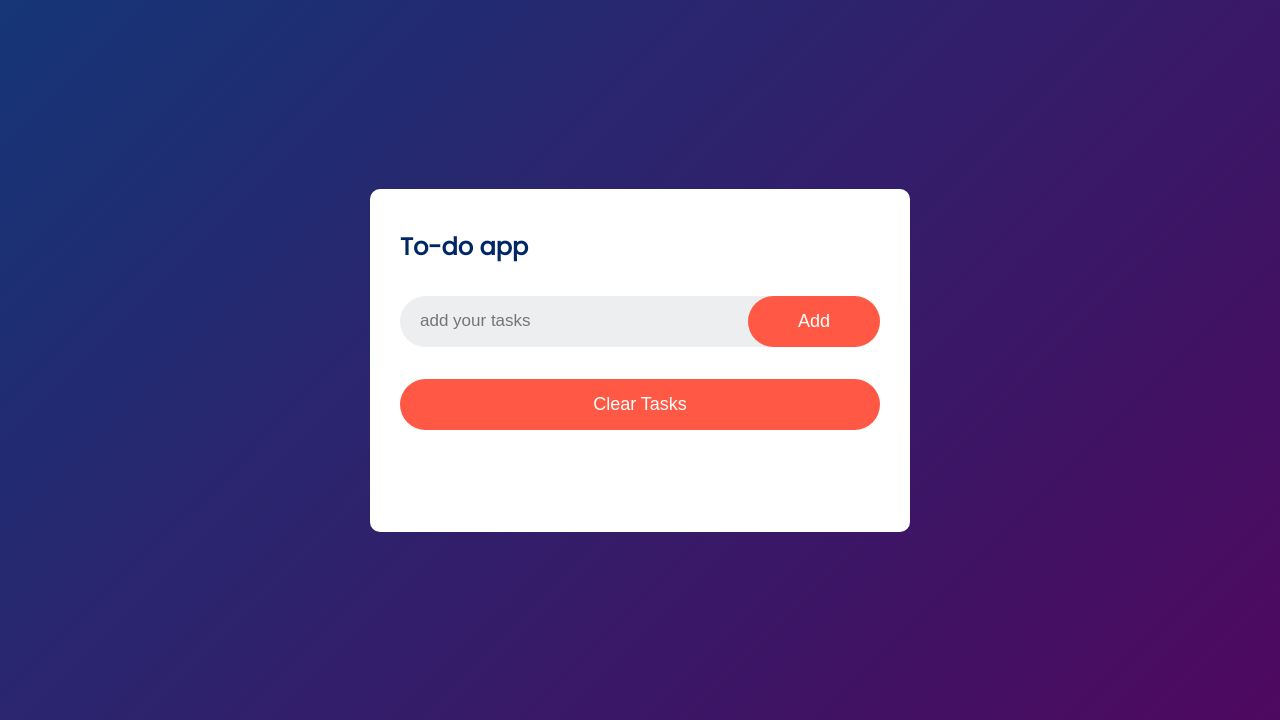
Repository: samoshi/To-do
Page: http://localhost/
The author's editor kept a copy of each file at every save. The page is drawn from the files as they stood at one save, then again after the next save.
The browser window is 1280 px wide. The pictures show the whole page.
The page is served by the project's application, run on Flask 3 (app/app.py). Queries for data that is not in the repository find no rows.

Above is the page before, as saved 2024-01-14 20:06:25.

### app/templates/index.html
<!DOCTYPE html>
<html lang="en">

<head>
    <meta charset="UTF-8">
    <meta name="viewport" content="width=device-width, initial-scale=1.0">
    <title>To-Do list</title>
    <link rel="stylesheet" href="{{ url_for('static', filename='style.css') }}" />
    <script src="https://code.jquery.com/jquery-3.6.4.min.js"></script>
    <script src="{{ url_for('static', filename='script.js') }}"></script>
</head>

<body>
    <div class="container">
        <div class="todo-app">
            <div class="app-title">
                <h2>To-do app</h2>
                <i class="fa-solid fa-book-bookmark"></i>
            </div>
            <form action="/add_task" method="post">
                <div class="row">
                    <input type="text" name="title" id="input-box" placeholder="add your tasks" required>
                    <button class="clear_button">Add</button>
                </div>
            </form>
            <button onclick="clearTasks()">Clear Tasks</button>
            <ul id="list-container">
                {% for task in task_list %}
                    {% if task.complete == False %}
                        <a href="/complete/{{ task.id }}">
                            <li class="incomplete" onclick="toggleChecked(this)">
                                {{ task.title }}
                                <!-- <a class="remove" href="/remove/{{ task.id }}">X</a> -->
                            </li>
                        </a>
                    {% else %}
                        <a href="/complete/{{ task.id }}">
                            <li class="completed" onclick="toggleChecked(this)">
                                {{ task.title }}
                                <form class="remove" href="/remove/{{ task.id }}">
                                    <button type="submit" class="remove-button">Remove</button>
                                </form>
                            </li>
                        </a>
                    {% endif %}
                {% endfor %}
            </ul>

        </div>
    </div>
    <script src="{{ url_for('static', filename='script.js') }}"></script>
</body>

</html>

### app/app.py
from flask import Flask, render_template, request, redirect, url_for, jsonify
from flask_sqlalchemy import SQLAlchemy

app = Flask(__name__)

app.config['SQLALCHEMY_DATABASE_URI'] = 'sqlite:///db.sqlite'
app.config['SQLALCHEMY_TRACK_MODIFICATIONS'] = False
db = SQLAlchemy(app)

class Task(db.Model):
    id = db.Column(db.Integer, primary_key=True)
    title = db.Column(db.String(100))
    complete = db.Column(db.Boolean)

# def save_tasks():
#     with open("tasks.json", "w") as file:
#         json.dump(tasks, file)


# # Load tasks from a file
# def load_tasks():
#     try:
#         with open("tasks.json", "r") as file:
#             lines = file.readlines()
#             tasks = []
#             for line in lines:
#                 parts = line.split(":")
#                 if len(parts) == 2:
#                     description, completed_str = parts
#                     completed = eval(completed_str)
#                     tasks.append({"description": description, "completed": completed})
#             return tasks
#     except FileNotFoundError:
#         return []  # Return an empty list if the file doesn't exist
#     except json.decoder.JSONDecodeError:
#         return []  # Return an empty list if there's an issue decoding JSON

# # Initialize tasks
# tasks = load_tasks()

@app.route('/')
def index():
    task_list = Task.query.all()
    return render_template('index.html', task_list=task_list)

@app.route('/add_task', methods=['POST'])
def add_task():
    title = request.form.get("title")
    new_task = Task(title=title, complete=False)
    db.session.add(new_task)
    db.session.commit()
    return redirect(url_for("index"))

@app.route("/update/<int:task_id>")
def update_task(task_id):
    task = Task.query.filter_by(id=task_id).first()
    task.complete = not task.complete
    db.session.commit()
    return redirect(url_for("index"))

@app.route('/complete/<int:task_id>')
def complete_task(task_id):
    task = Task.query.filter_by(id=task_id).first()
    if task:
        task.complete = not task.complete
        db.session.commit()
    return redirect(url_for('index'))

# @app.route('/incomplete/<int:task_id>')
# def incomplete_task(task_id):
#     task = Task.query.filter_by(id=task_id).first()
#     task.complete = task.complete
#     db.session.commit()
#     return redirect(url_for('index'))

@app.route('/remove/<int:task_id>')
def remove_task(task_id):
    task = Task.query.filter_by(id=task_id).first()
    db.session.delete(task)
    db.session.commit()
    return redirect(url_for('index'))

@app.route('/clear_tasks')
def clear_tasks():
    db.session.query(Task).delete()
    db.session.commit()
    return redirect(url_for('index'))


if __name__ == '__main__':
    db.create_all()
    app.run(host='0.0.0.0', port=5000, debug=True)

### app/static/style.css
@import url('https://fonts.googleapis.com/css2?family=Poppins&display=swap');


*, *:before, *:after{
    margin: 0;
    padding: 0;
    box-sizing: border-box;
}
body{
    font-family: 'Poppins', sans-serif;
}
.container{
    width: 100%;
    min-height: 100vh;
    background: linear-gradient(135deg, #153677, #4e085f);
    padding: 10px;
    display: flex;
    justify-content: center;
    align-items: center;
}
.todo-app{
    width: 100%;
    max-width: 540px;
    background-color: #fff;
    padding: 40px 30px 70px;
    border-radius: 10px;
    display: flex;
    flex-direction: column;
    align-items: left;
    gap: 2rem;
}
.app-title{
    display: flex;
    gap: 1rem;
    align-items: center;
}
.app-title h2, .app-title i{
    color: #002765;
}
.app-title i{
    font-size: 26px;
}
.row{
    display: flex;
    align-items: center;
    justify-content: space-between;
    background-color: #edeef0;
    border-radius: 30px;
}
input{
    width: 100%;
    border: none;
    outline: none;
    background-color: transparent;
    padding: 12px;
    font-size: 17px;
    padding-left: 20px;
}
button{
    border: none;
    cursor: pointer;
    outline: none;
    padding: 15px 50px;
    border-radius: 30px;
    background-color: #ff5945;
    color: #fff;
    font-size: 18px;
    transition: all .25s ease;
}
button:hover{
    filter: brightness(.8);
}

@media screen and (max-width: 400px) {
    button{
        padding: 15px;
        border-radius: 0 30px 30px 0;
    }
}

a {
    text-decoration: none;
    align-items: center;
    color: #333;
    cursor: pointer;
}


ul li {
    font-size: 17px;
    padding: 12px 8px 12px 50px;
    margin-top: 5px;
    user-select: none;
    cursor: pointer;
    position: relative;
    transition: background-color 0.2s ease;
    border-radius: 10px;
    list-style-type: none;
}

ul li.incomplete::before {
    position: absolute;
    content: 'X';
    width: 24px;
    height: 24px;
    font-size: 18px; /* Adjust the font size as needed */
    border-radius: 50%;
    left: 0;
    line-height: 24px; /* Center the checkmark vertically */
    text-align: center; /* Center the checkmark horizontally */
    color: #ff5945;
    transition: background-color 0.2s ease;
}

ul li.incomplete:hover {
    border-radius: 10px;
    outline: 2px solid #272de1;
    transition: background-color 0.2s ease;
}

ul li.completed::before {
    position: absolute;
    content: '\2713'; /* Checkmark Unicode character */
    width: 24px;
    height: 24px;
    font-size: 18px; /* Adjust the font size as needed */
    border-radius: 50%;
    left: 0;
    line-height: 24px; /* Center the checkmark vertically */
    text-align: center; /* Center the checkmark horizontally */
    transition: background-color 0.2s ease;
}

ul li.completed {
    position: relative;
    background-color: rgba(144, 238, 144, 0.2);
    color: #07700e;
}

ul li.completed:hover {
    border-radius: 10px;
    outline: 2px solid #272de1;
    transition: background-color 0.2s ease;
}

ul li.completed:hover:after {
    opacity: 1; /* Show the X on hover */
}




ul li:hover {
    background-color: rgba(144, 238, 144, 0.2); /* Light green with transparency */
}

ul li:hover::before {
    background-color: rgba(255, 255, 255, 0.5); /* White with transparency */
}
.remove {
    position: absolute;
    right: 0;
    top: 50%;
    transform: translateY(-50%);
    width: 30px;
    height: 30px;
    border-radius: 50%;
    display: flex;
    justify-content: center;
    align-items: center;
    color: #555;
    font-size: 18px;
    transition: all .2s ease;
}
.remove:hover{
    background-color: #c9c9c9;
    color: #fff;
}

### app/static/script.js
// // ...

// document.addEventListener("DOMContentLoaded", function () {
//     const inputBox = document.getElementById("input-box");
//     const button = document.querySelector("button");
//     const list = document.getElementById("list-container");

//     list.addEventListener("click", (e) => {
//         if (e.target.tagName === "LI") {
//             e.target.classList.toggle("checked");
//             saveData();
//         } else if (e.target.tagName === "SPAN") {
//             e.target.parentElement.remove();
//             saveData();
//         }
//     });

//     button.addEventListener("click", function () {
//         if (inputBox.value.trim() !== '') {
//             addTask(inputBox.value);
//         } else {
//             alert("Please enter a non-empty task.");
//         }
//     });

//     function addTask(description) {
//         // Make an AJAX request to the Flask server's /add_task route
//         fetch("/add_task", {
//             method: "POST",
//             headers: {
//                 "Content-Type": "application/json",
//             },
//             body: JSON.stringify({ description: description }),
//         })
//             .then(response => response.json())
//             .then(data => console.log(data))
//             .catch(error => console.error("Error:", error));
//     }

//     function showTask() {
//         // Fetch tasks from the Flask server's /tasks route
//         fetch("/tasks")
//             .then(response => response.json())
//             .then(tasks => {
//                 list.innerHTML = ""; // Clear the visible list
//                 tasks.forEach(task => {
//                     let li = document.createElement("li");
//                     li.innerHTML = task.description;
//                     if (task.completed) {
//                         li.classList.add("checked");
//                     }
//                     list.appendChild(li);
//                     let span = document.createElement("span");
//                     span.innerHTML = "x";
//                     li.appendChild(span);
//                 });
//             })
//             .catch(error => console.error("Error:", error));
//     }

//     window.addEventListener("load", showTask);

//     // Clear Tasks function
//     window.clearTasks = function () {
//         localStorage.removeItem("data");
//         list.innerHTML = ""; // Clear the tasks from the visible list
//     };
// });

After the next save:
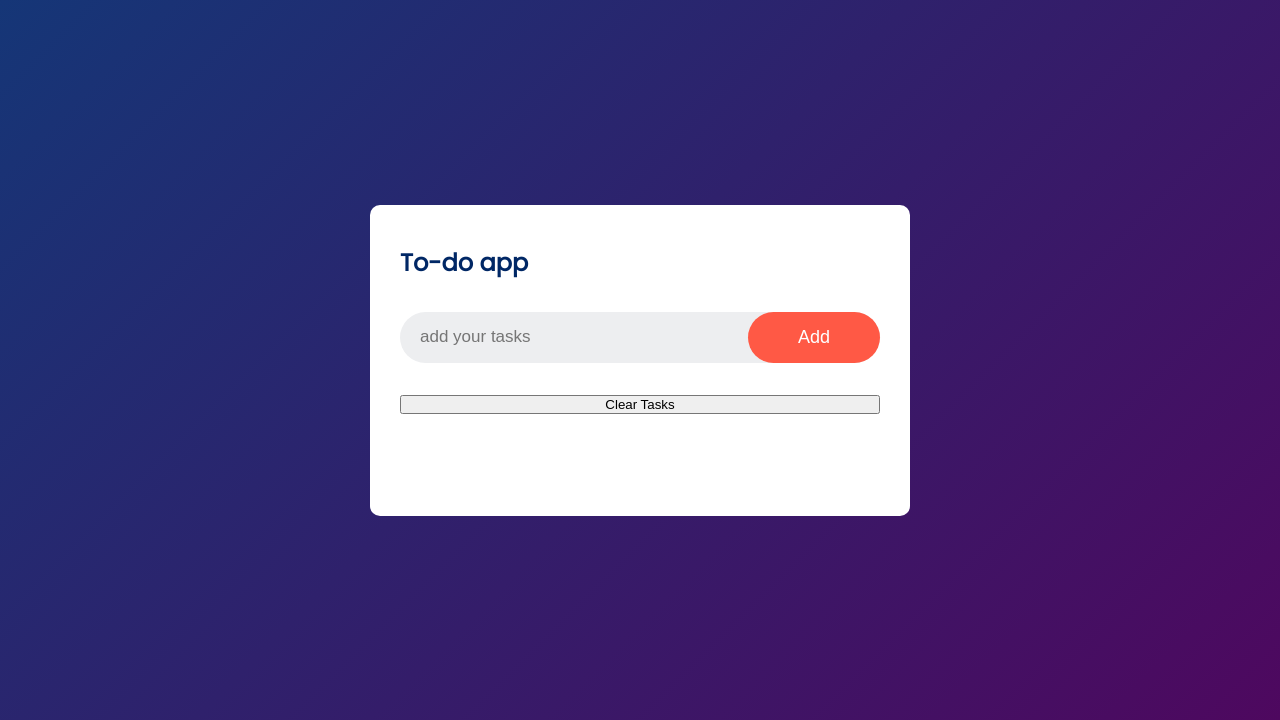
Saved 56 s later.
--- a/app/static/style.css
+++ b/app/static/style.css
@@ -40,6 +40,7 @@ body{
 .app-title i{
     font-size: 26px;
 }
+
 .row{
     display: flex;
     align-items: center;
@@ -56,7 +57,7 @@ input{
     font-size: 17px;
     padding-left: 20px;
 }
-button{
+button.clear_button{
     border: none;
     cursor: pointer;
     outline: none;
